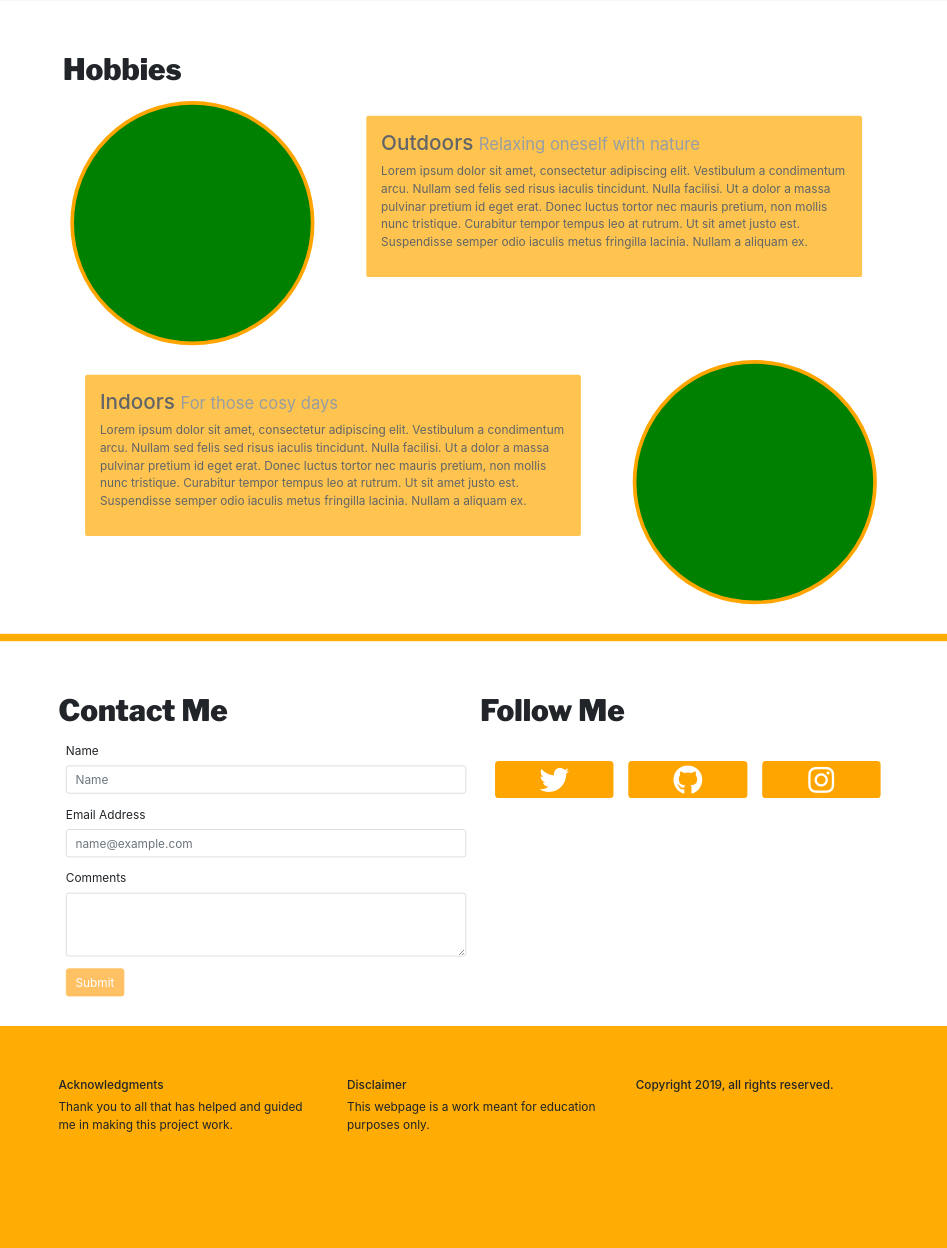
Repository: muhdarifrawi/resume-project
Page: index.html
The author's editor kept a record of every edit. The page is drawn from the files as they stood at one moment, then again after the next edit.
The browser window is 1280 px wide. The pictures show the part of the page from y = 2564 to 4250 px (the page is 4250 px tall), at 74% of full size.
Some web libraries are served in a nearby version.

Above is the page before.

### index.html
<!doctype html>
<html lang="en">

<head>
    <!-- Required meta tags -->
    <meta charset="utf-8">
    <meta name="viewport" content="width=device-width, initial-scale=1, shrink-to-fit=no">
    <!-- Font Awesome script -->
    <script src="https://kit.fontawesome.com/00e1568e72.js"></script>
    <!-- GOOGLE font -->
    <link href="https://fonts.googleapis.com/css?family=Libre+Franklin:900&display=swap" rel="stylesheet">
    <!-- AOS script -->
    <link href="https://unpkg.com/aos@2.3.1/dist/aos.css" rel="stylesheet">

    <!-- Bootstrap CSS -->
    <link rel="stylesheet" href="https://stackpath.bootstrapcdn.com/bootstrap/4.3.1/css/bootstrap.min.css" integrity="sha384-ggOyR0iXCbMQv3Xipma34MD+dH/1fQ784/j6cY/iJTQUOhcWr7x9JvoRxT2MZw1T" crossorigin="anonymous">
    <link rel="stylesheet" href="style.css" type="text/css" />
    <title>Online Resume</title>
</head>

  <!-- scroll spy added to body section -->
<body data-spy="scroll" data-target="#navscroll" data-offset="100">
    <!-- Navbar starts here -->
    <nav id="navscroll" class="navbar fixed-top navbar-expand-lg navbar-light bg-light">
        <a class="navbar-brand" href="#">My Resume</a>
        <button class="navbar-toggler" type="button" data-toggle="collapse" data-target="#navbarSupportedContent" aria-controls="navbarSupportedContent" aria-expanded="false" aria-label="Toggle navigation">
    <span class="navbar-toggler-icon"></span>
  </button>

        <div class="collapse navbar-collapse" id="navbarSupportedContent">
            <ul class="navbar-nav mr-auto">
                <li class="nav-item">
                    <a class="nav-link" href="#home">Home <span class="sr-only">(current)</span></a>
                </li>
                <li class="nav-item">
                    <a class="nav-link" href="#skills">Skills</a>
                </li>

                <li class="nav-item">
                    <a class="nav-link" href="#projects">Projects</a>
                </li>

                <li class="nav-item">
                    <a class="nav-link" href="#hobbies">Hobbies</a>
                </li>

                <li class="nav-item">
                    <a class="nav-link" href="#contact">Contact Me</a>
                </li>

            </ul>

        </div>
    </nav>
    <!-- navbar ends here -->

    <!--Jumbotron -->
    <div class="jumbotron jumbotron-fluid" id="home">
        <div class="container">
            <h1 class="display-4">Muhammad Arif Bin Rawi</h1>
            <p class="lead">Aspiring Junior Game Developer. </p>
        </div>
    </div>

    <div class="orange strip"></div>

<div class="container" id="skills">

<h1>Skills</h1>
    <!-- created div to slot in AOS -->
   <div data-aos="fade-right" data-aos-offset="300" data-aos-easing="ease-in-sine">
        <!-- photoshop row -->
        <div class="row pt-md-5">
            <div class="col-lg-3 col-sm-6">
                <div class="ware">
                    <img src="image/icon/PS.png" alt="photoshop" class="rounded">
                    <div class="house">
                        <div class="text">
                            <h5>Photoshop</h5>
                        </div>
                        <div class="text2">
                            <h6>Good</h6>
                        </div>
                    </div>
                </div>
            </div>
            <div class="col-lg-9 col-sm-6">
                <div class="bar-mid"></div>
            </div>
        </div>

        <!-- ms office row -->
        <div class="row">
            <div class="col-lg-3 col-sm-6">
                <div class="ware">
                    <img src="image/icon/MSO.png" alt="MS Office" class="rounded">
                    <div class="house">
                        <div class="text">
                            <h5>MS Office</h5>
                        </div>
                        <div class="text2">
                            <h6>Advance</h6>
                        </div>
                    </div>
                </div>
            </div>
            <div class="col-lg-9 col-sm-6">
                <div class="bar-full"></div>
            </div>
        </div>

        <!-- CSS row -->
        <div class="row">
            <div class="col-lg-3 col-sm-6">
                <div class="ware">
                    <img src="image/icon/CSS.png" alt="CSS" class="rounded">
                    <div class="house">
                        <div class="text">
                            <h5>CSS</h5>
                        </div>
                        <div class="text2">
                            <h6>Good</h6>
                        </div>
                    </div>
                </div>
            </div>
            <div class="col-lg-9 col-sm-6">
                <div class="bar-mid"></div>
            </div>
        </div>

        <!-- HTML row -->
        <div class="row">
            <div class="col-lg-3 col-sm-6">
                <div class="ware">
                    <img src="image/icon/HTML.png" alt="HTML" class="rounded">
                    <div class="house">
                        <div class="text">
                            <h5>HTML</h5>
                        </div>
                        <div class="text2">
                            <h6>Good</h6>
                        </div>
                    </div>
                </div>
            </div>
            <div class="col-lg-9 col-sm-6">
                <div class="bar-mid"></div>
            </div>
        </div>

        <!-- Java row -->
        <div class="row">
            <div class="col-lg-3 col-sm-6">
                <div class="ware">
                    <img src="image/icon/JS.png" alt="Java" class="rounded">
                    <div class="house">
                        <div class="text">
                            <h5>Java</h5>
                        </div>
                        <div class="text2">
                            <h6>Basic</h6>
                        </div>
                    </div>
                </div>
            </div>
            <div class="col-lg-9 col-sm-6">
                <div class="bar-min"></div>
            </div>
        </div>

        <!-- Python row -->
        <div class="row">
            <div class="col-lg-3 col-sm-6">
                <div class="ware">
                    <img src="image/icon/PY.png" alt="Python" class="rounded">
                    <div class="house">
                        <div class="text">
                            <h5>Python</h5>
                        </div>
                        <div class="text2">
                            <h6>Basic</h6>
                        </div>
                    </div>
                </div>
            </div>
            <div class="col-lg-9 col-sm-6">
                <div class="bar-min"></div>
            </div>
        </div>
    </div>
</div>

    <!-- <div class="orange strip"></div> -->

<!--usage of jumbotron to overcome "no-stretch" problem -->
<div class="jumbotron jumbotron-fluid "  id="projects">
<div class="container">
        <h1>Projects</h1>
        <div class="row">
            <div class="col">
                <div class="card note" style="width: 18rem;">
                    <div class="card-body">
                        <h5 class="card-title">Online Resume</h5>
                        <h6 class="card-subtitle mb-2 text-muted">HTML, CSS, Bootstrap</h6>
                        <p class="card-text">Project displaying the basics of creating a webpage.</p>

                        <a href="https://muhdarifrawi.github.io/resume-project/" target="_blank" class="card-link">
                            <div class="rounded-box"><i class="far fa-window-maximize"></i></div></a>

                        <a href="https://github.com/muhdarifrawi/resume-project" target="_blank" class="card-link">
                            <div class="rounded-box"><i class="fab fa-github"></i></div></a>
                    </div>
                </div>
            </div>

            <div class="col">
                <div class="card note2" style="width: 18rem;">
                    <div class="card-body">
                        <h5 class="card-title">Online Resume</h5>
                        <h6 class="card-subtitle mb-2 text-muted">HTML, CSS, Bootstrap</h6>
                        <p class="card-text">Project displaying the basics of creating a webpage.</p>

                        <a href="https://muhdarifrawi.github.io/resume-project/" target="_blank" class="card-link">
                            <div class="rounded-box"><i class="far fa-window-maximize"></i></div></a>

                        <a href="https://github.com/muhdarifrawi/resume-project" target="_blank" class="card-link">
                            <div class="rounded-box"><i class="fab fa-github"></i></div></a>
                    </div>
                </div>
            </div>

            <div class="col">
                <div class="card note3" style="width: 18rem;">
                    <div class="card-body">
                        <h5 class="card-title">Online Resume</h5>
                        <h6 class="card-subtitle mb-2 text-muted">HTML, CSS, Bootstrap</h6>
                        <p class="card-text">Project displaying the basics of creating a webpage.</p>

                        <a href="https://muhdarifrawi.github.io/resume-project/" target="_blank" class="card-link">
                            <div class="rounded-box"><i class="far fa-window-maximize"></i></div></a>

                        <a href="https://github.com/muhdarifrawi/resume-project" target="_blank" class="card-link">
                            <div class="rounded-box"><i class="fab fa-github"></i></div></a>
                    </div>
                </div>
            </div>

        </div>

        <div class="row">
        <div class="col">
            <div class="card note3" style="width: 18rem;">
                <div class="card-body">
                    <h5 class="card-title">Online Resume</h5>
                    <h6 class="card-subtitle mb-2 text-muted">HTML, CSS, Bootstrap</h6>
                    <p class="card-text">Project displaying the basics of creating a webpage.</p>

                    <a href="https://muhdarifrawi.github.io/resume-project/" target="_blank" class="card-link">
                        <div class="rounded-box"><i class="far fa-window-maximize"></i></div></a>

                    <a href="https://github.com/muhdarifrawi/resume-project" target="_blank" class="card-link">
                        <div class="rounded-box"><i class="fab fa-github"></i></div></a>
                </div>
            </div>
        </div>

        <div class="col">
            <div class="card note" style="width: 18rem;">
                <div class="card-body">
                    <h5 class="card-title">Online Resume</h5>
                    <h6 class="card-subtitle mb-2 text-muted">HTML, CSS, Bootstrap</h6>
                    <p class="card-text">Project displaying the basics of creating a webpage.</p>

                    <a href="https://muhdarifrawi.github.io/resume-project/" target="_blank" class="card-link">
                        <div class="rounded-box"><i class="far fa-window-maximize"></i></div></a>

                    <a href="https://github.com/muhdarifrawi/resume-project" target="_blank" class="card-link">
                        <div class="rounded-box"><i class="fab fa-github"></i></div></a>
                </div>
            </div>
        </div>

        <div class="col">
            <div class="card note2" style="width: 18rem;">
                <div class="card-body">
                    <h5 class="card-title">Online Resume</h5>
                    <h6 class="card-subtitle mb-2 text-muted">HTML, CSS, Bootstrap</h6>
                    <p class="card-text">Project displaying the basics of creating a webpage.</p>

                    <a href="https://muhdarifrawi.github.io/resume-project/" target="_blank" class="card-link">
                        <div class="rounded-box"><i class="far fa-window-maximize"></i></div></a>

                    <a href="https://github.com/muhdarifrawi/resume-project" target="_blank" class="card-link">
                        <div class="rounded-box"><i class="fab fa-github"></i></div></a>
                </div>
            </div>
        </div>

    </div>

    </div>
</div>
<!-- <div class="orange strip"></div> -->

<div class="container" id="hobbies">
    <h1>Hobbies</h1>
    <div class="row">

        <div class="col-sm-6 col-md-4 ">
            <div class="col"><div class="thumb camping"></div></div>
        </div>
        <div class="col-sm-6 col-md-8">
            <div class="card">
                <div class="card-body">
                    <h3>
                      Outdoors
                      <small class="text-muted">Relaxing oneself with nature</small>
                    </h3>

                    <p>
                        Lorem ipsum dolor sit amet, consectetur adipiscing elit. Vestibulum a condimentum arcu. Nullam sed felis sed risus iaculis tincidunt. Nulla facilisi. Ut a dolor a massa pulvinar pretium id eget erat. Donec luctus tortor nec mauris pretium, non mollis nunc tristique. Curabitur tempor tempus leo at rutrum. Ut sit amet justo est. Suspendisse semper odio iaculis metus fringilla lacinia. Nullam a aliquam ex.
                    </p>
                </div>
            </div>
        </div>

    </div>

       <div class="row">

        <div class="col-sm-6 order-sm-2 col-md-4">
            <div class="col"><div class="thumb indoor"></div></div>

        </div>
        <div class="col-sm-6 order-sm-1 col-md-8">

            <div class="card">
                <div class="card-body">
                    <h3>
                    Indoors
                      <small class="text-muted">For those cosy days</small>
                    </h3>

                    <p>
                        Lorem ipsum dolor sit amet, consectetur adipiscing elit. Vestibulum a condimentum arcu. Nullam sed felis sed risus iaculis tincidunt. Nulla facilisi. Ut a dolor a massa pulvinar pretium id eget erat. Donec luctus tortor nec mauris pretium, non mollis nunc tristique. Curabitur tempor tempus leo at rutrum. Ut sit amet justo est. Suspendisse semper odio iaculis metus fringilla lacinia. Nullam a aliquam ex.
                    </p>
                </div>
            </div>

        </div>

    </div>

</div>

<div class="orange strip"></div>

<div class="container" id="contact">


<div class="row">


<!-- left column -->
<div class="col-sm-6 pl-4">
    <!-- top column -->
    <div class="row">
    <h1>Contact Me</h1>
    </div>

<!-- bottom column -->
<div class="row">
<div class="col">
<form>

    <div class="form-group">
        <label for="name">Name</label>
        <input type="text" class="form-control" id="form1" placeholder="Name" required>
    </div>

    <div class="form-group">
        <label for="email">Email Address</label>
        <input type="email" class="form-control" id="form1" placeholder="name@example.com" required>
    </div>


    <div class="form-group">
        <label for="Textarea">Comments</label>
        <textarea class="form-control" id="form1" rows="3" required></textarea>
    </div>

    <input class="btn btn-primary" type="submit" value="Submit">
</form>

</div>
</div>
</div>
<!-- right column-->
<div class="col-sm-6 pl-4">
    <!-- top column -->
    <div class="row">
    <h1>Follow Me</h1>
    </div>
<!--bottom column -->
<div class="col">
    <div class="row pt-3"></div>
    <div class="row">
        <div class="col"><a href="https://www.twitter.com/ArifRawi" target="_blank"><div class="rounded-box"><i class="fab fa-twitter"></i></div></a></div>
        <div class="col"><a href="https://github.com/muhdarifrawi" target="_blank"><div class="rounded-box"><i class="fab fa-github"></i></div></a></div>
        <div class="col"><a href="https://www.instagram.com/muhdarifrawi/" target="_blank"><div class="rounded-box"><i class="fab fa-instagram"></i></div></a></div>

    </div>
    <div class="row"></div>
</div>
</div>
</div>
</div>

<div class="orange banner">
    <div class="container" id="footer">

        <div class="row">

            <div class="col-sm-4 px-4">
                <h6>Acknowledgments</h6>
                    <p>Thank you to all that has helped and guided me in making this project work.</p>



            </div>

            <div class="col-sm-4 px-4">
                <h6>Disclaimer</h6>
                <p>This webpage is a work meant for education purposes only. </p>
            </div>

            <div class="col-sm-4 px-4">
                <h6>Copyright 2019, all rights reserved.</h6>
            </div>
        </div>

    </div>
</div>
    <!-- Optional JavaScript -->
    <!-- jQuery first, then Popper.js, then Bootstrap JS -->
    <script src="https://code.jquery.com/jquery-3.3.1.slim.min.js" integrity="sha384-q8i/X+965DzO0rT7abK41JStQIAqVgRVzpbzo5smXKp4YfRvH+8abtTE1Pi6jizo" crossorigin="anonymous"></script>
    <script src="https://cdnjs.cloudflare.com/ajax/libs/popper.js/1.14.7/umd/popper.min.js" integrity="sha384-UO2eT0CpHqdSJQ6hJty5KVphtPhzWj9WO1clHTMGa3JDZwrnQq4sF86dIHNDz0W1" crossorigin="anonymous"></script>
    <script src="https://stackpath.bootstrapcdn.com/bootstrap/4.3.1/js/bootstrap.min.js" integrity="sha384-JjSmVgyd0p3pXB1rRibZUAYoIIy6OrQ6VrjIEaFf/nJGzIxFDsf4x0xIM+B07jRM" crossorigin="anonymous"></script>
    <!--AOS script -->
    <script src="https://unpkg.com/aos@2.3.1/dist/aos.js"></script>

    <script>
        AOS.init();
    </script>
</body>

</html>

### style.css
html{
    width:100%;
    height:100%;

}

body{
    padding-top:30px;
    width:100%;
    height:100%;

}

.jumbotron{
    margin-bottom:0px;
}

.box{
    height:50px;
    width:50px;
}

.red{
    background-color:red;
}

.blue{
    background-color:blue;
}

.orange{
    background-color:rgba(255, 172, 5, 1);
}

.strip{
    width:100%;
    height:10px;
}

.banner{
    width:100%;
    height:300px;
}

.rect{
    width:100%;
    height:100%;
    padding:15px;
}

.container{
    padding-top:70px;
    padding-bottom:30px;
}

.shelf{
    height:100%;
    width:100%;
}

.col{
    padding:10px;
}


.jumbotron {
  color:white;
}

#home{
    background-image: url("image/bg/bench.jpg");
    background-size: cover;
    /*this allows the image to stretch height to its max. needs html and body to be height:100% as well*/
    height:100%;

}

h1 {
font-family: 'Libre Franklin', sans-serif;
}

.card{
    margin:30px;
    opacity:0.7;
    border:none;

}

.card-body{
    background-color:rgb(255, 172, 5);
    border-radius:3px;

}

.card:hover{
    opacity:1;
}

#footer{
    padding-bottom:0px;
    padding-left:0px;
    padding-right:0px;
    width:100%;
}

.btn-primary{
    background-color:rgb(255, 193, 100);
    border-color:rgb(255, 193, 100);

}

.btn-primary:hover {
    background-color:rgb(255, 234, 5);
    border-color:rgb(255, 234, 5);

}

.icon{
    height:60px;
}

#projects{
    background-image:url(image/bg/circuits.jpg);
    background-size:cover;
    height:1030px;
    padding:0px;

}

#projects h1{
    color:black;
}

#skills{
    background-image:url(image/bg/graph.jpg);
    background-size:cover;

}

.rounded-box{
    background-color:orange;
    height:50px;
    border-radius:5px;
    text-align:center;
    border:1px;
    transition-duration:0.5s;
}

.rounded-box:hover{
    transition-duration:0.5s;
    background-color:rgb(255, 234, 5);
    border-color:rgb(255, 234, 5);
}

.fa-twitter{
    padding-top:5px;
    font-size:40px;
    color:white;
}

.fa-github{
    padding-top:5px;
    font-size:40px;
    color:white;
}

.fa-instagram{
    padding-top:5px;
    font-size:40px;
    color:white;
}

.fa-window-maximize{
    padding-top:5px;
    font-size:40px;
    color:white;
}

.follow{
    margin-top:50px;
}


.bar-full {
    width:0%;
    height:30px;
    background-color:blue;
    animation-name: adv;
    animation-duration: 4s;
    animation-fill-mode:forwards;
    transform:translate(0, 100%);
}

@keyframes adv{

    from{
        width:0%;
        Background-color:rgb(255, 234, 5);
    }

    to{
        width:90%;
        background-color:rgb(5, 255, 172);

    }

}

.bar-mid {
    width:0%;
    height:30px;
    background-color:blue;
    animation-name: gd;
    animation-duration: 4s;
    animation-fill-mode:forwards;
    transform:translate(0, 100%);
}

@keyframes gd{

    from{
        width:0%;
        Background-color:rgb(255, 234, 5);
    }

    to{
        width:60%;
        background-color:rgb(255, 109, 5);

    }

}

.bar-min {
    width:0%;
    height:30px;
    background-color:blue;
    animation-name: basic;
    animation-duration: 4s;
    animation-fill-mode:forwards;
    transform:translate(0, 100%);
}

@keyframes basic{

    from{
        width:0%;
        Background-color:rgb(255, 234, 5);
    }

    to{
        width:30%;
        background-color:rgb(255, 234, 5);

    }

}

.ware{
    /*background-color:purple;*/
    width:100px;
    height:100%;
    margin-left:150px;

}

.rounded{
    width:100%;
}

.house{
    background-color:rgb(255, 172, 5);
    width:100px;
    height:100%;
    transform:translate(0,-100%);
    opacity:0;
    transition-duration:0.75s;
    position:absolute;
    text-align:justify;
    border-radius:3px;
}

.ware:hover .house{
    opacity:0.9;
    cursor:pointer;
}

.text{
    color:rgb(88, 5, 255);
    margin-top:5px;
    text-align:center;
}

.text2{
    color:rgba(5, 88, 255, 0.7);
    margin-top:5px;
    text-align:center;
}

.note {
    transform:rotate(-10deg);
    transition-duration: 1s;
}

.note:hover {
    transform:rotate(0deg);
}

.thumb{
    height:330px;
    width:330px;
    background-color:green;
    border-radius:165px;
    border-color:orange;
    border-style:solid;
    border-width:5px;
}

.camping{

}

.indoor{

}

After the next edit:
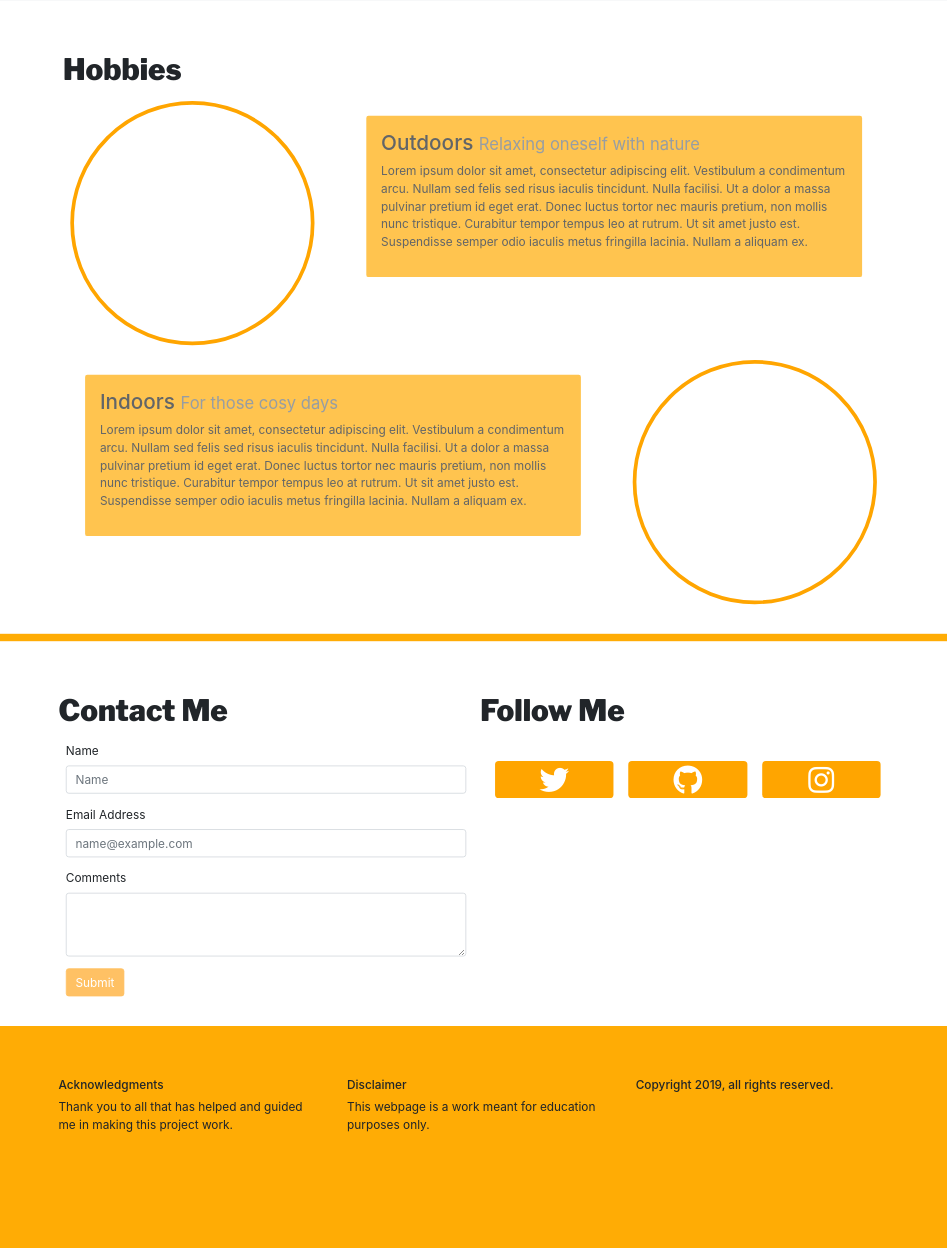
The edit:
--- a/style.css
+++ b/style.css
@@ -309,7 +309,7 @@
 .thumb{
     height:330px;
     width:330px;
-    background-color:green;
+    /*background-color:green;*/
     border-radius:165px;
     border-color:orange;
     border-style:solid;
